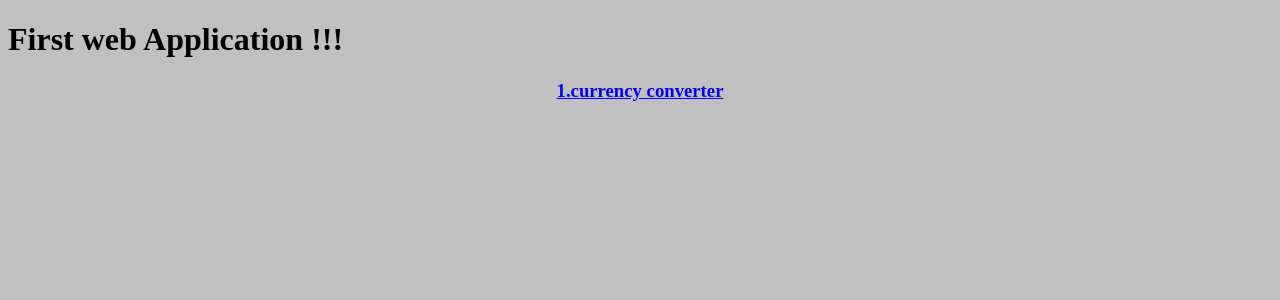
Repository: AJEET006/AdvanceJava-DSA
Page: ADVANCE_JAVA/FirstWebApp/WebContent/First.html
These files come from the project's save history. The page is drawn as it stood at one moment and after the next save; the edit follows.
The browser window is 1280 px wide. The pictures show the whole page.

Above is the page before, as saved 2022-06-21 14:42:03.

### ADVANCE_JAVA/FirstWebApp/WebContent/First.html
<!DOCTYPE html>
<html>
<head>
<meta charset="ISO-8859-1">
<title>Insert title here</title>
</head>
<body style="background-color: silver;">
	<h1>First web Application !!!</h1>
	<center>
	<a href="changecurrency.html"><h3>1.currency converter</h3></a>
	</center>
</body>
</html>

After the next save:
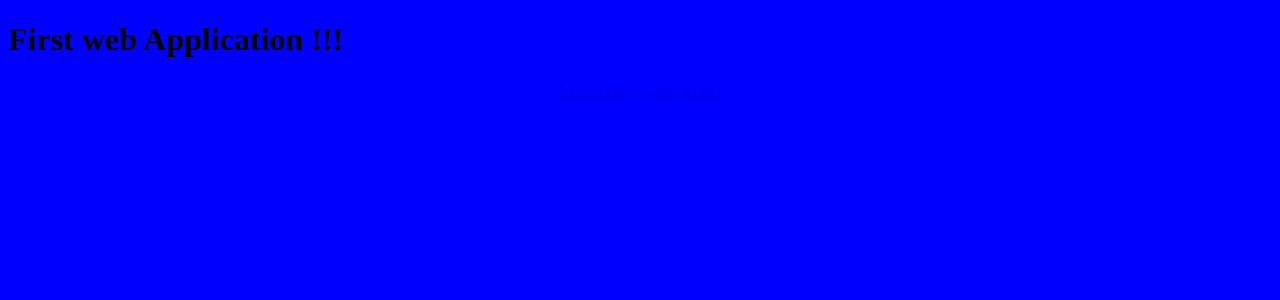
Saved 77 s later.
--- a/ADVANCE_JAVA/FirstWebApp/WebContent/First.html
+++ b/ADVANCE_JAVA/FirstWebApp/WebContent/First.html
@@ -4,7 +4,7 @@
 <meta charset="ISO-8859-1">
 <title>Insert title here</title>
 </head>
-<body style="background-color: silver;">
+<body style="background-color: blue; ">
 	<h1>First web Application !!!</h1>
 	<center>
 	<a href="changecurrency.html"><h3>1.currency converter</h3></a>
